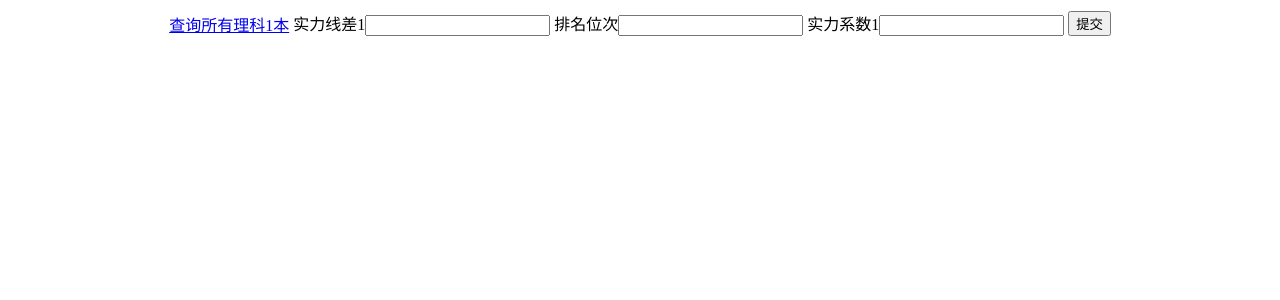
Repository: ClearLove007/Zhiyuan
Page: http://localhost/Zhiyuan/home.jsp
An editor plug-in stored every save of this project. The page is shown before and after the next save, followed by the edit.
The browser window is 1280 px wide. The pictures show the whole page.
The page is served by Tomcat 9. Nobody is signed in. The application's start-up code is not run. Other server files are loaded and not shown.

Above is the page before, as saved 2019-06-10 15:24:03.

### Zhiyuan/WebContent/home.jsp
<?xml version="1.0" encoding="utf-8" ?>
<%@ page language="java" contentType="text/html; charset=utf-8"
	pageEncoding="utf-8"%>
<!DOCTYPE html PUBLIC "-//W3C//DTD XHTML 1.0 Transitional//EN" "http://www.w3.org/TR/xhtml1/DTD/xhtml1-transitional.dtd">
<html xmlns="http://www.w3.org/1999/xhtml"
	xmlns:f="http://java.sun.com/jsf/core"
	xmlns:h="http://java.sun.com/jsf/html">
<head>
<meta http-equiv="Content-Type" content="text/html; charset=utf-8" />
<title>高考志愿查询</title>
</head>
<script type="text/javascript">
　　function test1() {
　　　　var number1 = document.getElementById("num1").value;
　　　　var number2 = document.getElementById("num2").value;
　　　　if (number1=="" || number2=="") {
　　　　　　alert("内容不为空");
　　　　　　return false;
　　　　}
　　　　if (!(/(^[1-9]\d*$)/.test(number1))&&!(/(^[1-9]\d*$)/.test(number2))) {
　　　　　　alert("输入不正确");
　　　　　　return false;
　　　　}
		return true;
　　}
</script>
<body>
	<form action="" onsubmit="test1()">
		<table align="center">
			<tr>
				<td><a href="<%= request.getContextPath()%>/like1/findAll">查询所有理科1本</a></td>
				<td><label>实力线差1</><input id="num1" type="text"></input></td>
				<td><label>排名位次</label><input id="num2" type="text"></input></td>
				<td><label>实力系数1</label><input id="num3" type="text"></input></td>
				<td><input type="submit" value="提交"/></td>
			</tr>
		</table>
	</form>
</body>
</html>

After the next save:
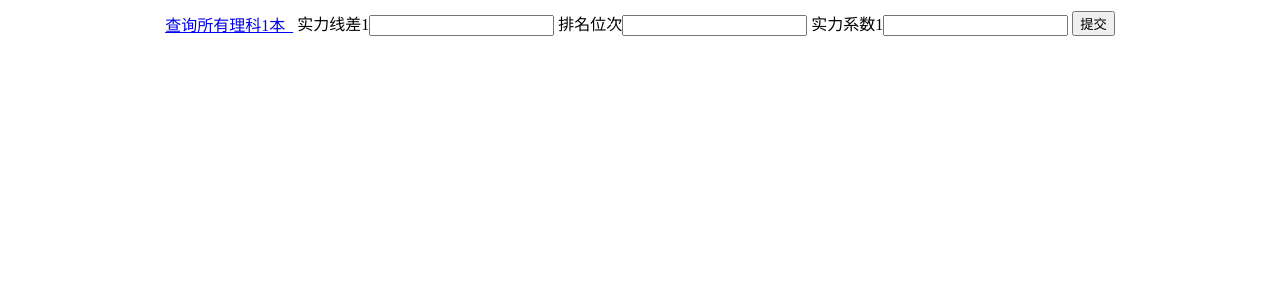
Saved 12 s later.
--- a/Zhiyuan/WebContent/home.jsp
+++ b/Zhiyuan/WebContent/home.jsp
@@ -28,7 +28,7 @@
 	<form action="" onsubmit="test1()">
 		<table align="center">
 			<tr>
-				<td><a href="<%= request.getContextPath()%>/like1/findAll">查询所有理科1本</a></td>
+				<td><a href="<%= request.getContextPath()%>/like1/findAll">查询所有理科1本&nbsp;&nbsp;</a></td>
 				<td><label>实力线差1</><input id="num1" type="text"></input></td>
 				<td><label>排名位次</label><input id="num2" type="text"></input></td>
 				<td><label>实力系数1</label><input id="num3" type="text"></input></td>
